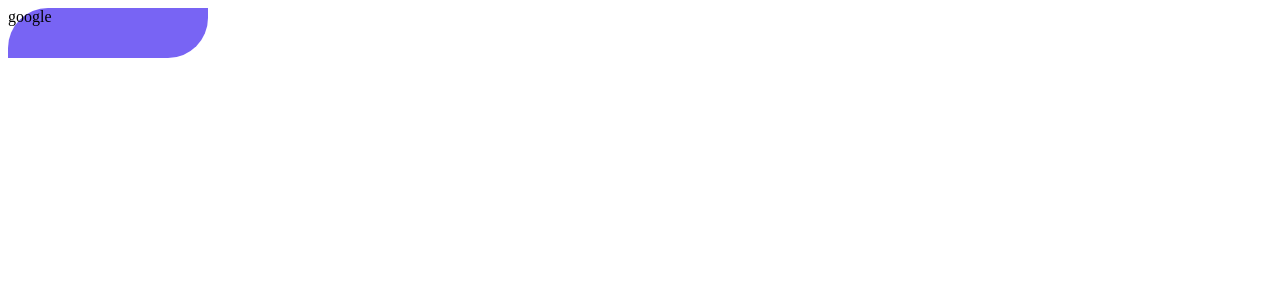
Repository: Aakarshit-Sharma19/Basic-HTML-and-CSS-Page-
Page: index.html
An editor plug-in stored every save of this project. The page is shown before and after the next save, followed by the edit.
The browser window is 1280 px wide. The pictures show the whole page.

Above is the page before, as saved 2020-11-07 11:50:10.

### index.html
<!DOCTYPE html>
<html lang="en">
<head>
    <meta charset="UTF-8">
    <meta name="viewport" content="width=device-width, initial-scale=1.0">
    <title>Document</title>
    <style>
        .shape{
            justify-content: center;
            width: 200px;
            height: 50px;
            background: #7864F4;
            border-radius: 40px 0 40px 0;
        }
    </style>
</head>
<header>
</header>
<body>
    <div class="shape">
        google
    </div>
</body>
</html>

After the next save:
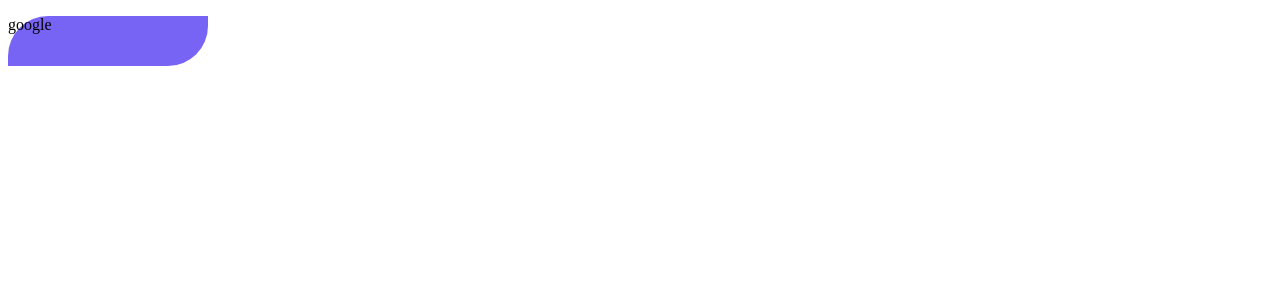
Saved 29 s later.
--- a/index.html
+++ b/index.html
@@ -18,7 +18,7 @@
 </header>
 <body>
     <div class="shape">
-        google
+        <p id='shape-text'>google</p>
     </div>
 </body>
 </html>
